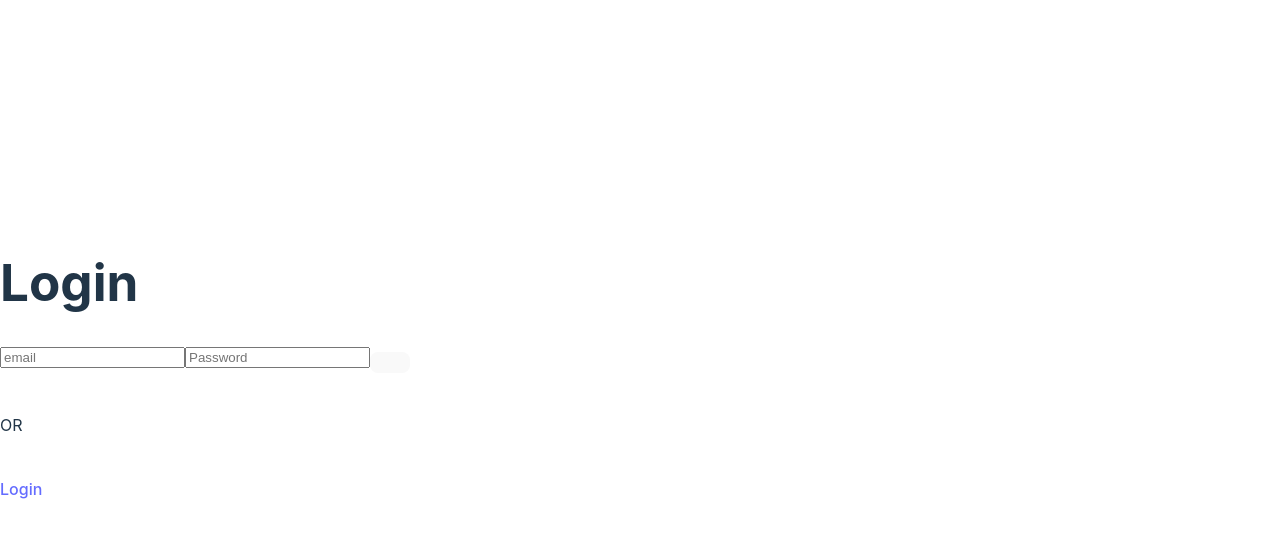
Repository: cynthiamoraa/Login
Page: /signup
An editor plug-in stored every save of this project. The page is shown before and after the next save, followed by the edit.
The browser window is 1280 px wide. The pictures show the whole page.
The project was rebuilt for these pictures with package versions that can differ from the ones it lists, and the page was loaded fresh each time. Also part of the build but not shown: vite.config.js, src/components/Login.jsx, src/components/Home.js.

Above is the page before, as saved 2023-05-10 22:42:29.

After the next save:
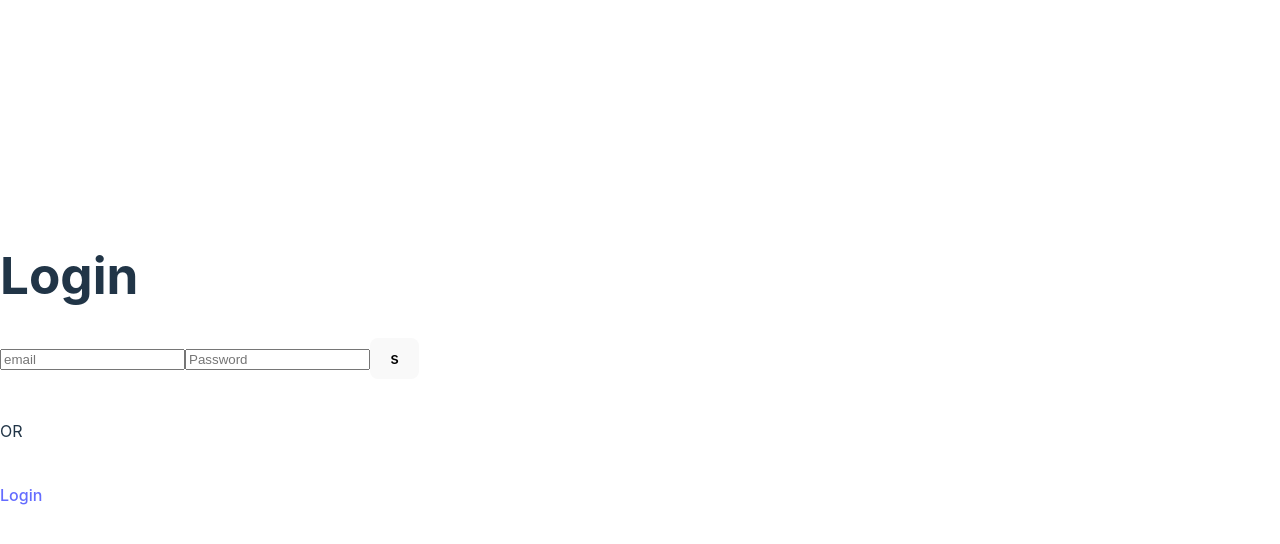
Saved 4 s later.
--- a/src/components/Signup.jsx
+++ b/src/components/Signup.jsx
@@ -49,7 +49,7 @@ const Signup = () => {
           placeholder="Password"
         />
         <button type="submit" onClick={submit}>
-
+          s
         </button>
       </form>
       <br />
